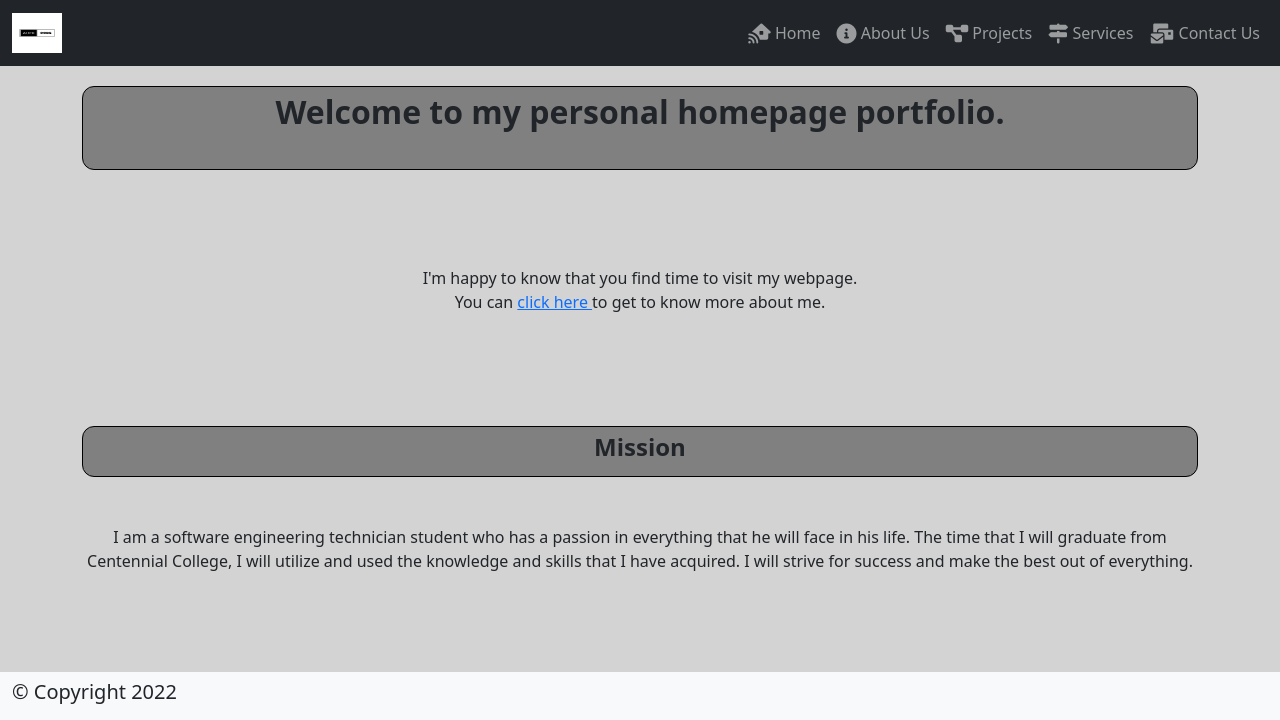
Repository: acarino4/Express-Portfolio-Site
Page: http://localhost/
These files come from the project's save history. The page is drawn as it stood at one moment and after the next save; the edit follows.
The browser window is 1280 px wide. The pictures show the whole page.
The page is served by the project's Node server (server.js). Other server files are loaded and not shown.

Above is the page before, as saved 2022-10-08 19:13:32.

### Server/Views/index.ejs
<!--
    *****************************************
    * File Name: MyExpressPortfolio         *
    * Students Name: Jenyll Mabborang       *
    * Student ID: 301225121                 *
    * Date: June 06, 2022                   *
    *****************************************
-->

<!DOCTYPE html>
<html lang="en">
<head>
    <meta charset="UTF-8">
    <meta http-equiv="X-UA-Compatible" content="IE=edge">
    <meta name="viewport" content="width=device-width, initial-scale=1.0">
    <title><%= title %></title>
    <!-- CSS Goes Here -->
    <link rel="stylesheet" href="./bootstrap/dist/css/bootstrap.min.css">
    <link rel="stylesheet" href="./@fortawesome/fontawesome-free/css/all.min.css">
    <link rel="stylesheet" href="./Content/app.css">
</head>
<body>
    <!-- Main Navigation Section -->
    <header>
        <%- include('components/header.ejs'); %> <!-- Inserts or injects my header.ejs inside my header-->
    </header>

    <!-- Content Section -->
    <main>
        <%- include('content/' + page + '.ejs'); %>
    </main>

    <!-- Site-wide Footer Section -->
    <footer>
        <!-- Site-wide footer -->
        <%- include('components/footer.ejs'); %> <!-- Inserts or injects my footerr.ejs inside my footer-->
    </footer>

    <!-- JavaScript goes here -->
    <script src="./jquery/dist/jquery.min.js"></script>
    <script src="./bootstrap/dist/js/bootstrap.min.js"></script>
    <script src="./@fortawesome/fontawesome-free/js/all.min.js"></script>
    <script src="./Scripts/app.js"></script>
</body>
</html>

### Server/Views/components/header.ejs
<!--
  Name: Angelo Caster M. Carino
  Student ID: 301223955
  Assignment 1: Express Portfolio Site
-->
<nav class="navbar navbar-expand-lg navbar-dark bg-dark">
    <div class="container-fluid">
      <a class="navbar-brand" href="/"><img src="./Assets/images/ACPH.png" alt="" width="50" height="40"></i> </a>
      <button class="navbar-toggler" type="button" data-bs-toggle="collapse" data-bs-target="#navbarSupportedContent" aria-controls="navbarSupportedContent" aria-expanded="false" aria-label="Toggle navigation">
        <span class="navbar-toggler-icon"></span>
      </button>
      <div class="collapse navbar-collapse" id="navbarSupportedContent">
        <ul class="navbar-nav ms-auto mb-2 mb-lg-0">

          <!-- Home Page link -->
          <li class="nav-item">
            <a class="nav-link" aria-current="page" href="/home"><i class="fa-solid fa-house-signal fa-lg"></i> Home</a>
          </li>

          <!-- About Page link -->
          <li class="nav-item">
            <a class="nav-link" aria-current="page" href="/about"><i class="fa-solid fa-circle-info fa-lg"></i></i> About Us</a>
          </li>

          <!-- Projects Page link -->
          <li class="nav-item">
            <a class="nav-link" aria-current="page" href="/projects"><i class="fa-solid fa-diagram-project fa-lg"></i></i> Projects</a>
          </li>

          <!-- Services Page link -->
          <li class="nav-item">
            <a class="nav-link" aria-current="page" href="/services"><i class="fa-solid fa-signs-post fa-lg"></i></i> Services</a>
          </li>

          <!-- Contact Page link -->
          <li class="nav-item">
            <a class="nav-link" aria-current="page" href="/contact"><i class="fa-solid fa-envelopes-bulk fa-lg"></i> Contact Us</a>
          </li>

        </ul>
      </div>
    </div>
  </nav>

### Server/Views/content/home.ejs
<!--
  Name: Angelo Caster M. Carino
  Student ID: 301223955
  Assignment 1: Express Portfolio Site
-->

<!-- HOME.EJS body content section -->
<head>
    <style>
        body {
            background-color:lightgray;
        }
        .div1 {
            border: 1px solid black;
            border-radius: 12px;
            padding: 6px;
            background-color: grey;
            text-align: center;


        }

   </style>

</head>

<div class="container" style="padding-top: 20px;">
    <!-- Welcome Message -->
    <div class = "div1">
    <h2><strong>Welcome to my personal homepage portfolio.</strong></h2> <br>
</div>
<br>
<br>
<br>
<br>
<center>
    <p>I'm happy to know that you find time to visit my webpage. <br>
    <!-- Link to my about page -->
    You can <a href="./about"> click here </a> to get to know more about me.</p> <br><br><br><br>

    <!-- Mission Statement -->
    <div class = "div1">
    <h4> <strong>Mission</strong> </h4>
</div>
<br>
<br>
    <p> I am a software engineering technician student who has a passion in everything that he will face in his life.
        The time that I will graduate from Centennial College, I will utilize and used the knowledge and skills that
        I have acquired. I will strive for success and make the best out of everything. </p>
</div>
</center>

### Server/Views/components/footer.ejs
<!--
  Name: Angelo Caster M. Carino
  Student ID: 301223955
  Assignment 1: Express Portfolio Site
-->

<nav class="navbar fixed-bottom bg-light">
    <div class="container-fluid">
      <h5 id="copyright">&copy; Copyright 2022 </h5>
    </div>
</nav>

### server.js
#!/usr/bin/env node
"use strict";
var __importDefault = (this && this.__importDefault) || function (mod) {
    return (mod && mod.__esModule) ? mod : { "default": mod };
};
Object.defineProperty(exports, "__esModule", { value: true });
const app_1 = __importDefault(require("./Server/Config/app"));
const debug_1 = __importDefault(require("debug"));
(0, debug_1.default)('lesson4:server');
const http_1 = __importDefault(require("http"));
const port = normalizePort(process.env.PORT || '3000');
app_1.default.set('port', port);
const server = http_1.default.createServer(app_1.default);
server.listen(port);
server.on('error', onError);
server.on('listening', onListening);
function normalizePort(val) {
    var port = parseInt(val, 10);
    if (isNaN(port)) {
        return val;
    }
    if (port >= 0) {
        return port;
    }
    return false;
}
function onError(error) {
    if (error.syscall !== 'listen') {
        throw error;
    }
    let bind = typeof port === 'string'
        ? 'Pipe ' + port
        : 'Port ' + port;
    switch (error.code) {
        case 'EACCES':
            console.error(bind + ' requires elevated privileges');
            process.exit(1);
            break;
        case 'EADDRINUSE':
            console.error(bind + ' is already in use');
            process.exit(1);
            break;
        default:
            throw error;
    }
}
function onListening() {
    let addr = server.address();
    let bind = 'pipe ' + addr;
    (0, debug_1.default)('Listening on ' + bind);
}
//# sourceMappingURL=server.js.map

### Server/Routes/index.js
"use strict";
var __importDefault = (this && this.__importDefault) || function (mod) {
    return (mod && mod.__esModule) ? mod : { "default": mod };
};
Object.defineProperty(exports, "__esModule", { value: true });
const express_1 = __importDefault(require("express"));
const router = express_1.default.Router();
router.get('/', function (req, res, next) {
    res.render('index', { title: 'Home', page: 'home' });
});
router.get('/home', function (req, res, next) {
    res.render('index', { title: 'Home', page: 'home' });
});
router.get('/about', function (req, res, next) {
    res.render('index', { title: 'About Us', page: 'about' });
});
router.get('/projects', function (req, res, next) {
    res.render('index', { title: 'Our Projects', page: 'projects' });
});
router.get('/services', function (req, res, next) {
    res.render('index', { title: 'Our Services', page: 'services' });
});
router.get('/contact', function (req, res, next) {
    res.render('index', { title: 'Contact Us', page: 'contact' });
});
exports.default = router;
//# sourceMappingURL=index.js.map

### Client/Content/app.css
/*CUSTOM CSS GOES HERE*/

### Client/Scripts/app.js
"use strict";
(function () {
    function Start() {
        console.log("App Started!");
        let XHR = new XMLHttpRequest();
        XHR.open("GET", "../data/data.json");
        XHR.send();
        XHR.addEventListener("readystatechange", function () {
            if (XHR.readyState == 4 && XHR.status == 200) {
                console.log("JSON Data:");
                console.log("===========");
                console.log(XHR.responseText);
            }
        });
    }
    window.addEventListener("load", Start);
})();
//# sourceMappingURL=app.js.map

### Client/data/data.json
{
    "FullName": "Jenyll Mabborang",
    "ContactNumber": "564315584",
    "EmailAddress": "jenyll@example.com"
}

After the next save:
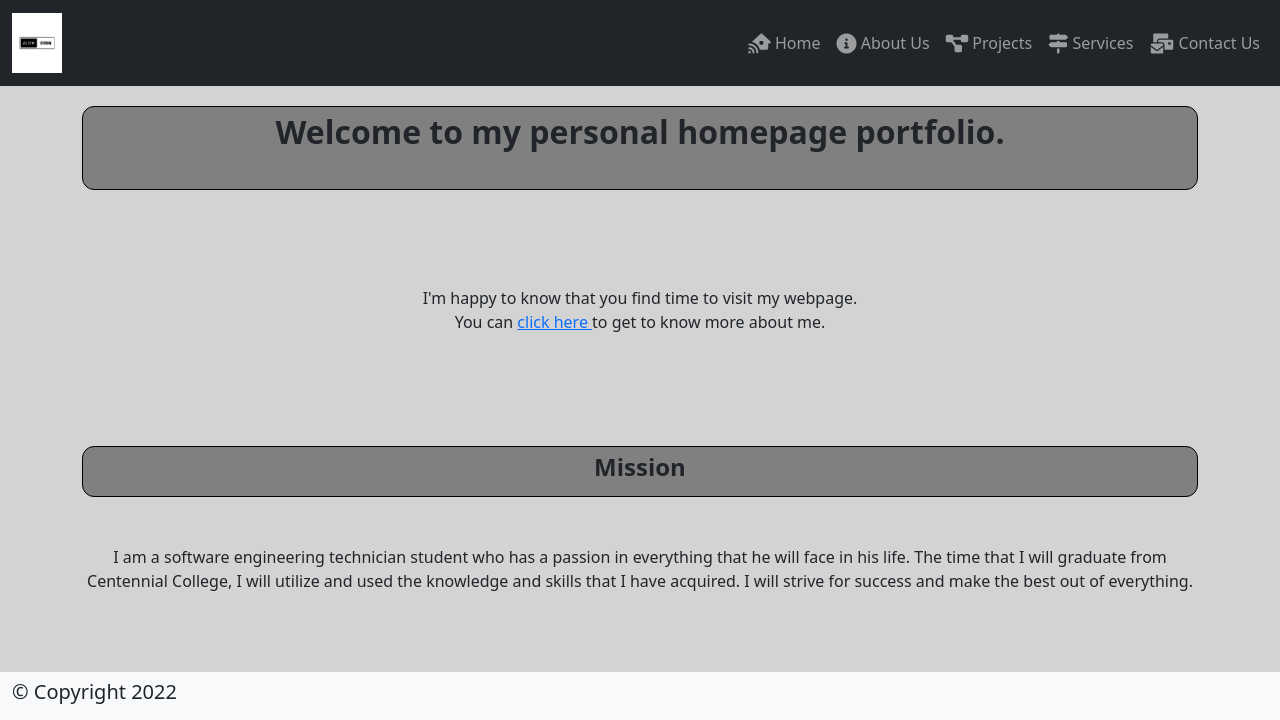
Saved 8 s later.
--- a/Server/Views/components/header.ejs
+++ b/Server/Views/components/header.ejs
@@ -5,7 +5,7 @@
 -->
 <nav class="navbar navbar-expand-lg navbar-dark bg-dark">
     <div class="container-fluid">
-      <a class="navbar-brand" href="/"><img src="./Assets/images/ACPH.png" alt="" width="50" height="40"></i> </a>
+      <a class="navbar-brand" href="/"><img src="./Assets/images/ACPH.png" alt="" width="50" height="60"></i> </a>
       <button class="navbar-toggler" type="button" data-bs-toggle="collapse" data-bs-target="#navbarSupportedContent" aria-controls="navbarSupportedContent" aria-expanded="false" aria-label="Toggle navigation">
         <span class="navbar-toggler-icon"></span>
       </button>

After the save that followed:
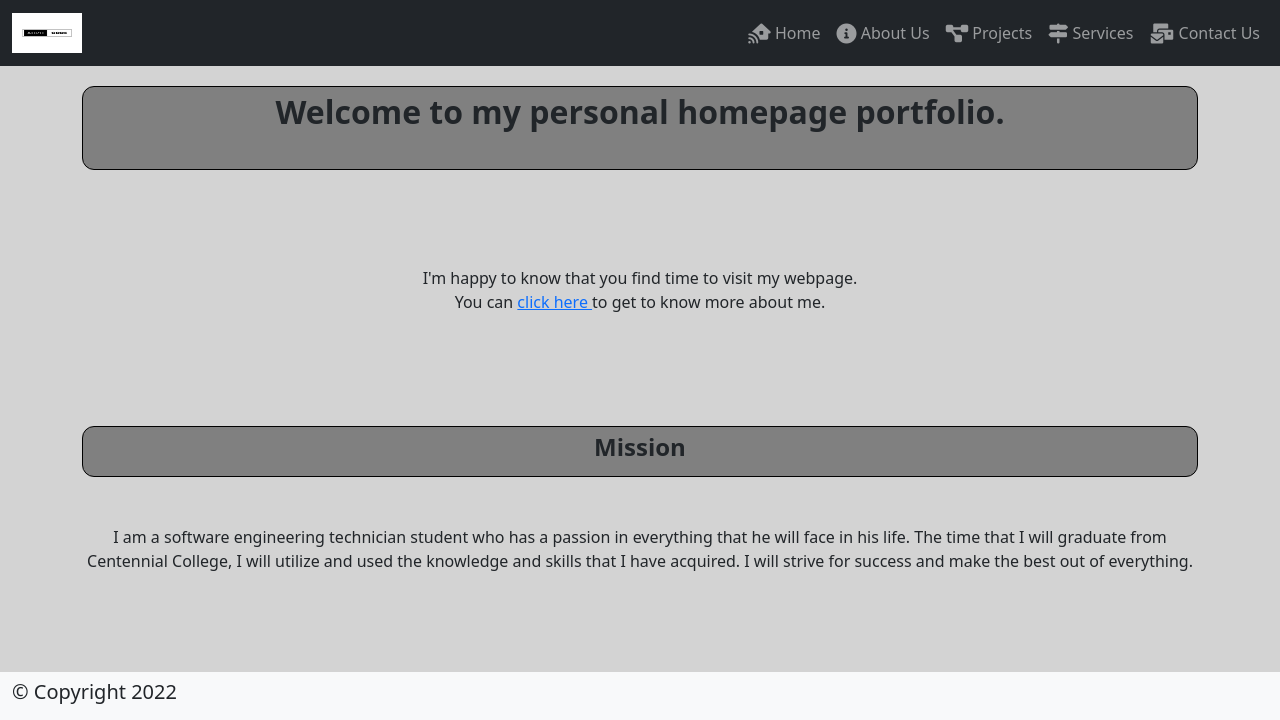
Saved 8 s later.
--- a/Server/Views/components/header.ejs
+++ b/Server/Views/components/header.ejs
@@ -5,7 +5,7 @@
 -->
 <nav class="navbar navbar-expand-lg navbar-dark bg-dark">
     <div class="container-fluid">
-      <a class="navbar-brand" href="/"><img src="./Assets/images/ACPH.png" alt="" width="50" height="60"></i> </a>
+      <a class="navbar-brand" href="/"><img src="./Assets/images/ACPH.png" alt="" width="70" height="40"></i> </a>
       <button class="navbar-toggler" type="button" data-bs-toggle="collapse" data-bs-target="#navbarSupportedContent" aria-controls="navbarSupportedContent" aria-expanded="false" aria-label="Toggle navigation">
         <span class="navbar-toggler-icon"></span>
       </button>
